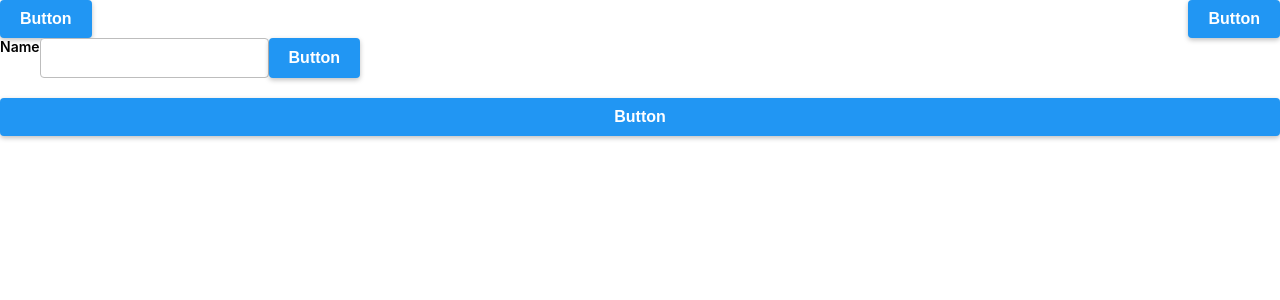
Repository: roistyx/react
Page: /layouts (app in layouts-app/)
An editor plug-in stored every save of this project. The page is shown before and after the next save, followed by the edit.
The browser window is 1280 px wide. The pictures show the whole page.
The project was rebuilt for these pictures with package versions that can differ from the ones it lists, and the page was loaded fresh each time.

Above is the page before, as saved 2023-04-26 22:23:45.

After the next save:
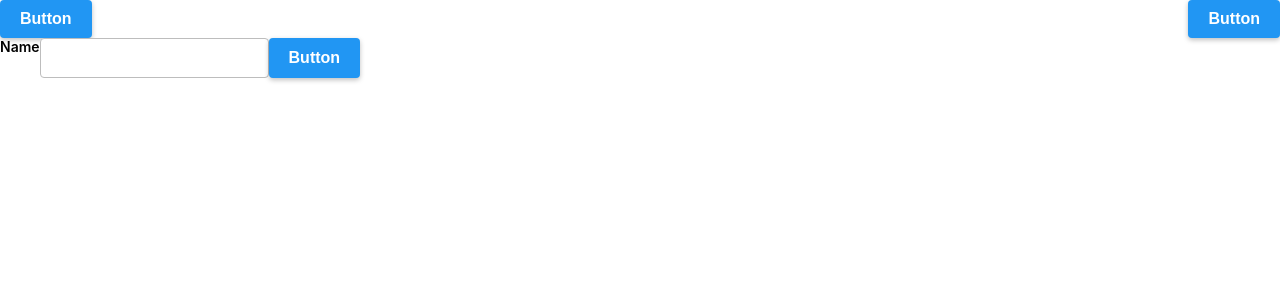
Saved 20 s later.
--- a/layouts-app/src/App.js
+++ b/layouts-app/src/App.js
@@ -13,7 +13,6 @@ export default function App() {
 			</Between>
 			<Rows>
 				<MyCustomizedTextField />
-				<Btn>Button</Btn>
 			</Rows>
 		</div>
 	);
